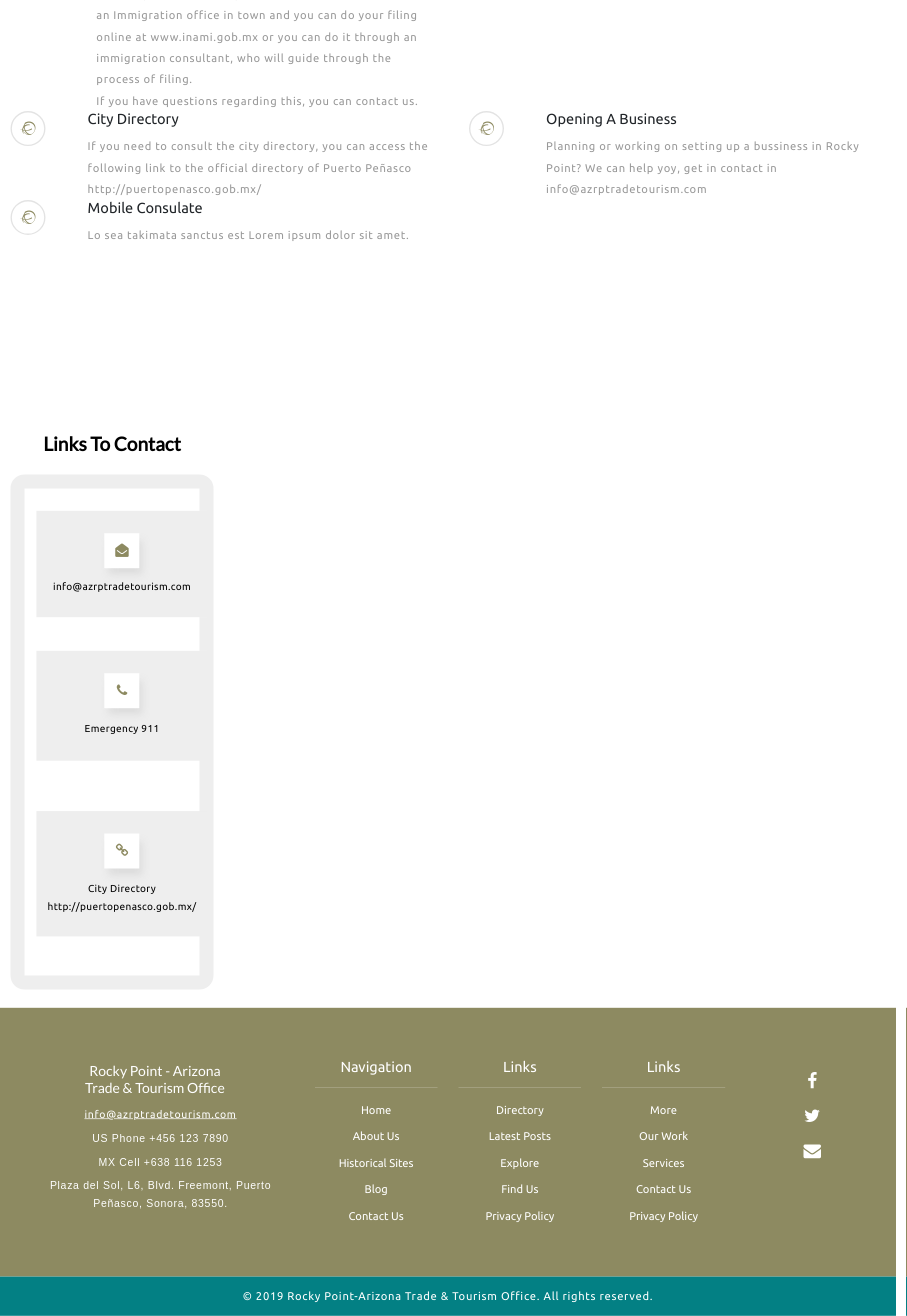
Repository: cynthiarm/Turismo
Page: services.html
The author's editor kept a copy of each file at every save. The page is drawn from the files as they stood at one save, then again after the next save.
The browser window is 1280 px wide. The page is 1295 px wide, so the pictures cover 1295 px, including what lies to the right of the window. The pictures show the part of the page from y = 984 to 2864 px (the page is 2864 px tall), at 70% of full size.

Above is the page before, as saved 2019-05-19 14:30:44.

### services.html

<!DOCTYPE html>
<html lang="zxx">

<head>
    <title>Rocky Point - Arizona Trade & Tourism Office | Services to US residents </title>
    <!-- Meta tag Keywords -->
    <meta name="viewport" content="width=device-width, initial-scale=1">
    <meta charset="UTF-8" />
    <meta name="keywords" content="Freight Responsive web template, Bootstrap Web Templates, Flat Web Templates, Android Compatible web template, Smartphone Compatible web template, free webdesigns for Nokia, Samsung, LG, SonyEricsson, Motorola web design" />
    <script>
        addEventListener("load", function () {
            setTimeout(hideURLbar, 0);
        }, false);

        function hideURLbar() {
            window.scrollTo(0, 1);
        }
    </script>
    <!-- //Meta tag Keywords -->

    <!-- Custom-Files -->
    <link rel="stylesheet" href="css/bootstrap.css">
    <!-- Bootstrap-Core-CSS -->
    <link rel="stylesheet" href="css/style.css" type="text/css" media="all" />
    <!-- Style-CSS -->
    <link href="css/font-awesome.min.css" rel="stylesheet">
    <!-- Font-Awesome-Icons-CSS -->
    <!-- //Custom-Files -->

	<!-- Web-Fonts -->
	<link href="https://fonts.googleapis.com/css?family=Poppins&display=swap" rel="stylesheet">
	<link href="https://fonts.googleapis.com/css?family=Lato&display=swap" rel="stylesheet">
	<link href="https://fonts.googleapis.com/css?family=Ubuntu&display=swap" rel="stylesheet">
	<!-- //Web-Fonts -->
</head>

<body>
    <!-- header -->
    <header id="home">
        <ul class="menu float-right menu-login-ul">
            <li class="menu-login-li">
                <a href="login.html" class="reqe-button text-uppercase">Login</a>
                <a href="register.html" class="reqe-button text-uppercase">Register</a>
            </li>
        </ul>
        <div class="container">
            <div class="header d-lg-flex justify-content-between align-items-center py-sm-3 py-2 px-sm-2 px-1">
                <!-- logo -->
                <div id="logo">
                    <h1><a href="index.html"></a></h1>
                </div>
                <!-- //logo -->
                <!-- nav -->
                <div class="nav_amum-mkls ml-lg-5">
                    <nav>
                        <label for="drop" class="toggle">Menu</label>
                        <input type="checkbox" id="drop" />
                        <ul class="menu">
                            <li><a href="index.html">Home</a></li>
                            <li><a href="about.html">About Us</a></li>
                            <li><a href="portfolio.html">Historical Sites</a></li>
                            <li>
                                    <!-- First Tier Drop Down -->
                                    <label for="drop-2" class="toggle toogle-2">Education Resources <span class="fa fa-angle-down" aria-hidden="true"></span>
                                    </label>
                                    <a href="#">Education Resources <span class="fa fa-angle-down" aria-hidden="true"></span></a>
                                    <input type="checkbox" id="drop-2" />
                                    <ul>
                                        <li><a href="http://utpp.edu.mx/" class="drop-text">UTPP</a></li>
                                        <li><a href="http://ceuno.com.mx/portal/" class="drop-text">CEUNO</a></li>
                                        <li><a href="http://itspp.edu.mx/" class="drop-text">ITSPP</a></li>
                                        <li><a href="https://contactanos.unidep.mx/" class="drop-text">UNIDEP</a></li>
                                    </ul>
                                </li>
                                <li>
                                    <!-- Second Tier Drop Down -->
                                    <label for="drop-2" class="toggle toogle-2">Trade Oportunities <span class="fa fa-angle-down" aria-hidden="true"></span>
                                    </label>
                                    <a href="trade.html">Trade Oportunities <span class="fa fa-angle-down" aria-hidden="true"></span></a>
                                    <input type="checkbox" id="drop-2" />
                                    <ul>
                                        <li><a href="#Fishing & Food Processing" class="drop-text">Fishing/Food Processing</a></li>
                                        <li><a href="#Industry" class="drop-text">Industry</a></li>
                                        <li><a href="#Tourism" class="drop-text">Tourism</a></li>
                                        <li><a href="#Commerce" class="drop-text">Commerce</a></li>
                                        <li><a href="#Living" class="drop-text">Living</a></li>></li>
                                    </ul>
                                    <li>
                                        <!-- third Tier Drop Down -->
                                        <label for="drop-2" class="toggle toogle-2">Cultural Events <span class="fa fa-angle-down" aria-hidden="true"></span>
                                        </label>
                                        <a href="cultural.html">Cultural Events <span class="fa fa-angle-down" aria-hidden="true"></span></a>
                                        <input type="checkbox" id="drop-2" />
                                        <ul>
                                            <li><a href="cultural.html" class="drop-text">Calendar</a></li>
                                            <li><a href="gallery.html" class="drop-text">Galleries</a></li>
                                            <li><a href="cultural.html" class="drop-text">Festivals</a></li>
                                        </ul>
                                    </li>
                                    <li>
                                    <!-- Fourth Tier Drop Down -->
                                    <label for="drop-2" class="toggle toogle-2">Services to US Residents <span class="fa fa-angle-down" aria-hidden="true"></span>
                                    </label>
                                    <a href="services.html">Services to US Residents <span class="fa fa-angle-down" aria-hidden="true"></span></a>
                                    <input type="checkbox" id="drop-2" />
                                    <ul>
                                        <li><a href="#Inmigration Advise" class="drop-text">Inmigration Advise</a></li>
                                        <li><a href="#Emergency Assistance" class="drop-text">Emergency Assistance</a></li>
                                        <li><a href="#City Directory" class="drop-text">City Directory</a></li>
                                        <li><a href="#Opening a Bussiness" class="drop-text">Opening a Bussiness</a></li>
                                        <li><a href="#Mobile Consulate" class="drop-text">Mobile Consulate</a></li>
                                    </ul>
                                </li>
                            <li><a href="contact.html">Contact Us</a></li>
                        </ul>
                    </nav>
                </div>
                <!-- //nav -->
            </div>
        </div>
    </header>
    <!-- //header -->
    <!-- inner banner -->
    <div class="inner-banner-amum-mkls d-flex flex-column justify-content-center align-items-center">
    </div>
    <!-- //inner banner -->
    <!-- breadcrumbs -->
    <nav aria-label="breadcrumb">
        <ol class="breadcrumb d-flex justify-content-center">
            <li class="breadcrumb-item">
                <a href="index.html">Home</a>
            </li>
            <li class="breadcrumb-item active" aria-current="page">Services to US residents</li>
        </ol>
    </nav>
    <!-- //breadcrumbs -->

    <!-- services-->
    <section class="single_grid_amum-mk_main align-amum-mk">
        <div class="container">
            <div class="moa-tem_pvt_title text-center">
                <h4 class="amum-mkpvt-title">Services to US residents</h4>
            </div>
            <div class="row">
				<div class="col-lg-6">
					<div class="abt-grid">
						<div class="row">
							<div class="col-2">
								<div class="abt-icon">
									<span class="fa fa-ravelry"></span>
								</div>
							</div>
							<div class="col-10">
								<div class="abt-txt">
                                    <div class="abt-txt ml-0"id="Inmigration Advise"></div>
									<h4>Inmigration Advise</h4>
									<p> In Mexico there are regulations for citizens of other countries living here. Most of the time US citizens do not stop to get  their tourist permit at the border and come directly to Rocky Point, as RP is considered a tourist destination. <br>
                                        If you are visiting Rocky Point for business we advise you to get your immigration document at the border.Mexican immigration law offers two categories for US citizens living in the country, as temporary or permanent residents. <br>
                                        Both require a set of requirements and fees incur. There is an Immigration office in town and you can do your filing online at www.inami.gob.mx or you can do it through an immigration consultant, who will guide through the process of filing.<br>
                                        If you have questions regarding this, you can contact us.</p>
								</div>
							</div>
						</div>
					</div>
				</div>
		    <div class="col-lg-6 my-lg-0 my-4">
					<div class="abt-grid">
						<div class="row">
							<div class="col-2">
								<div class="abt-icon">
									<span class="fa fa-ravelry"></span>
								</div>
							</div>
							<div class="col-10">
								<div class="abt-txt">
                                    <div class="abt-txt ml-0"id="Emergency Assistance"></div>
									<h4>Emergency Assistance</h4>
									<p>In you are in an emergency, call 911. If you have any questions around issues with the Mexican authorities, you can contact us and our staff will assist you with information.<br>
                                       If you need an attorney, also you can contact us and we will help you with recommending the professional legal providers in town that can help you in your situation.</p>
								</div>
							</div>
						</div>
					</div>
			</div>
            <div class="row">
                    <div class="col-lg-6">
                        <div class="abt-grid">
                            <div class="row">
                                <div class="col-2">
                                    <div class="abt-icon">
                                        <span class="fa fa-ravelry"></span>
                                    </div>
                                </div>
                            <div class="col-10">
                                 <div class="abt-txt">
                                    <div class="abt-txt ml-0"id="City Directory"></div>
                                    <h4>City Directory</h4>
                                    <p>If you need to consult the city directory, you can access the following link to the official directory of Puerto Peñasco http://puertopenasco.gob.mx/</p>
                                </div>
                            </div>
                        </div>
                    </div>
                </div>
            <div class="col-lg-6 my-lg-0 my-4">
                    <div class="abt-grid">
                        <div class="row">
                            <div class="col-2">
                                <div class="abt-icon">
                                    <span class="fa fa-ravelry"></span>
                                </div>
                            </div>
                            <div class="col-10">
                                <div class="abt-txt">
                                    <div class="abt-txt ml-0"id="Opening A Business"></div>
                                    <h4>Opening A Business</h4>
                                    <p>Planning or working on setting up a bussiness in Rocky Point? We can help yoy, get in contact in info@azrptradetourism.com </p>
                                </div>
                            </div>
                        </div>
                    </div>
            </div>
            <div class="col-lg-6">
                    <div class="abt-grid">
                        <div class="row">
                            <div class="col-2">
                                <div class="abt-icon">
                                    <span class="fa fa-ravelry"></span>
                                </div>
                            </div>
                            <div class="col-10">
                                <div class="abt-txt">
                                    <div class="abt-txt ml-0"id="Mobile Consulate"></div>
                                    <h4>Mobile Consulate</h4>
                                    <p>Lo sea takimata sanctus est Lorem ipsum dolor sit amet.</p>
                                </div>
                            </div>
                        </div>
                    </div>
                </div>
            </div>
               </div>
            </div>
        </div>
	</section>
    <!-- //services -->
<!-- contact-->

<section class="contact-moa-tem align-amum-mk row  justify-content-center" id="contact"></section>
    <div class="col-lg-3 text-center  justify-content-center">
        <h5 class="cont-form">Links to contact</h5>
        <div class="contact-form-moa-temlayouts">
        <div class="row flex-column">
            <div class="contact-amum-mk">
                <span class="fa fa-envelope-open  mb-3"></span>
                <div class="d-flex flex-column">
                    <a href="mailto:example@email.com" class="d-block">info@azrptradetourism.com</a>
                </div>
            </div>
            <div class="contact-amum-mk my-5">
                <span class="fa fa-phone mb-3"></span>
                <div class="d-flex flex-column">
                    <p>Emergency 911</p>
                </div>
            </div>
            <div class="contact-amum-mk my-4">
                <span class="fa fa-link mb-3"></span>
                <div class="d-flex flex-column">
                    <p>City Directory</p>
                        <a href="#" class="d-block">http://puertopenasco.gob.mx/</a>
                </div>
            </div>
        </div>
        </div>
    </div>
</section>
    <!-- //contact -->
    <!-- footer -->
    <footer class="footer py-md-5 pt-md-3 pb-sm-5">
		<div class="container">
				<div class="row p-sm-4 px-3 py-3">
						<div class="col-lg-4 footer-top mt-md-0 mt-sm-5">
								<h2>
										<a class="navbar-brand" href="index.html">
												Rocky Point - Arizona  <br> Trade & Tourism Office
										</a>
								</h2>
								<div class="fv3-contact mt-2">
												<p>
												 <a href="mailto:example@email.com">info@azrptradetourism.com</a>
												</p>
								</div>
								<div class="fv3-contact my-2">
												<p>US Phone +456 123 7890</p>
								</div>
								<div class="fv3-contact my-2">
												<p>MX Cell +638 116 1253</p>
								</div>
								<div class="fv3-contact">
												<p>Plaza del Sol, L6, Blvd. Freemont, Puerto Peñasco, Sonora, 83550.</p>
								</div>
						</div>
						<div class="col-lg-2  col-md-6 mt-lg-0 mt-4">
								<div class="footerv2-amum-mkls">
										<h3 class="mb-3 amum-mkf_title">Navigation</h3>
										<hr>
										<ul class="list-amum-mkpvtits">
												<li>
														<a href="index.html">
																Home
														</a>
												</li>
												<li class="my-2">
														<a href="about.html">
																About Us
														</a>
												</li>
												<li class="my-2">
														<a href="portfolio.html">
																Historical Sites
														</a>
												</li>
												<li class="mb-2">
														<a href="single.html">
																Blog
														</a>
												</li>
												<li>
														<a href="contact.html">
																Contact Us
														</a>
												</li>
										</ul>
								</div>
						</div>
						<div class="col-lg-2  col-md-6 mt-lg-0 mt-4">
								<div class="footerv2-amum-mkls">
										<h3 class="mb-3 amum-mkf_title">Links</h3>
										<hr>
										<ul class="list-amum-mkpvtits">
												<li>
														<a href="about.html">
                                                                Directory
														</a>
												</li>
												<li class="my-2">
														<a href="single.html">
																Latest posts
														</a>
												</li>
												<li class="my-2">
														<a href="portfolio.html">
																Explore
														</a>
												</li>
												<li class="mb-2">
														<a href="contact.html">
																Find us
														</a>
												</li>
												<li>
														<a href="index.html">
																Privacy Policy
														</a>
												</li>
										</ul>
								</div>
						</div>
						<div class="col-lg-2 col-md-6 mt-lg-0 mt-4">
								<div class="footerv2-amum-mkls">
										<h3 class="mb-3 amum-mkf_title">Links</h3>
										<hr>
										<ul class="list-amum-mkpvtits">
												<li>
														<a href="single.html">
																more
														</a>
												</li>
												<li class="my-2">
														<a href="portfolio.html">
																our work
														</a>
												</li>
												<li class="my-2">
														<a href="about.html">
															  Services
														</a>
												</li>
												<li class="mb-2">
														<a href="contact.html">
																contact us
														</a>
												</li>
												<li>
														<a href="index.html">
															Privacy Policy
														</a>
												</li>
										</ul>
								</div>
						</div>
						<div class="col-lg-2  col-md-6 mt-lg-0 mt-4">
							<div class="footerv2-amum-mkls">
							<div class="container-fluid"></div>
									<div class="social-icons">
											<ul>
													<li>
														<a href="https://www.facebook.com/Rocky-Point-Arizona-Trade-and-Tourism-Office-2130531390535108/">
															<span class="fa fa-facebook mr-lg-3"></span>
														</a>
													</li>
													<li>
														<a href="https://twitter.com/AZRockyPoint">
															<span class="fa fa-twitter mr-lg-3"></span>
														</a>
													</li>
													<li>
														<a href="info@azrptradetourism.com">
															<span class="fa fa-envelope mr-lg-3"></span>
														</a>
													</li>
											</ul>
									</div>
								</div>
		<!-- //footer bottom -->
</footer>
<!-- //footer -->
<!-- copyright -->
<div class="cpy-right text-center bg-theme">
		<p class="text-wh">© 2019 Rocky Point-Arizona
		Trade & Tourism Office. All rights reserved.</p>

		</div>
</div>
<!-- //copyright -->
<!-- move top icon -->
<a href="#home" class="move-top text-center">
		<span class="fa fa-level-up" aria-hidden="true"></span>
</a>
<!-- //move top icon -->

</body>

</html>

Loaded but not shown: css/bootstrap.css (library); css/font-awesome.min.css (library); css/style.css (3265 lines, source omitted)

After the next save:
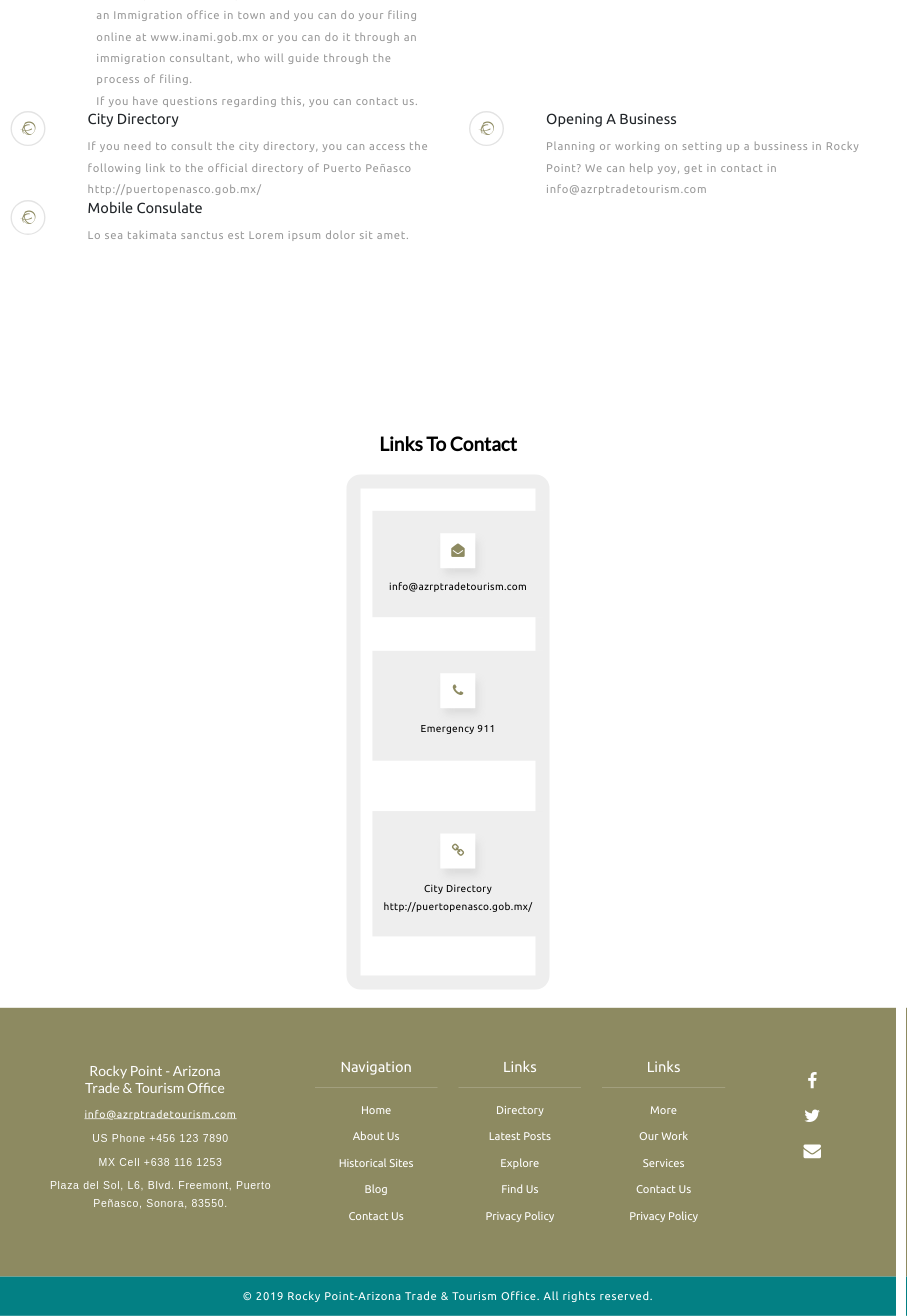
Saved 47 s later.
--- a/services.html
+++ b/services.html
@@ -247,7 +247,7 @@
 <!-- contact-->
 
 <section class="contact-moa-tem align-amum-mk row  justify-content-center" id="contact"></section>
-    <div class="col-lg-3 text-center  justify-content-center">
+    <div class="col-lg-3 text-center mx-auto">
         <h5 class="cont-form">Links to contact</h5>
         <div class="contact-form-moa-temlayouts">
         <div class="row flex-column">
